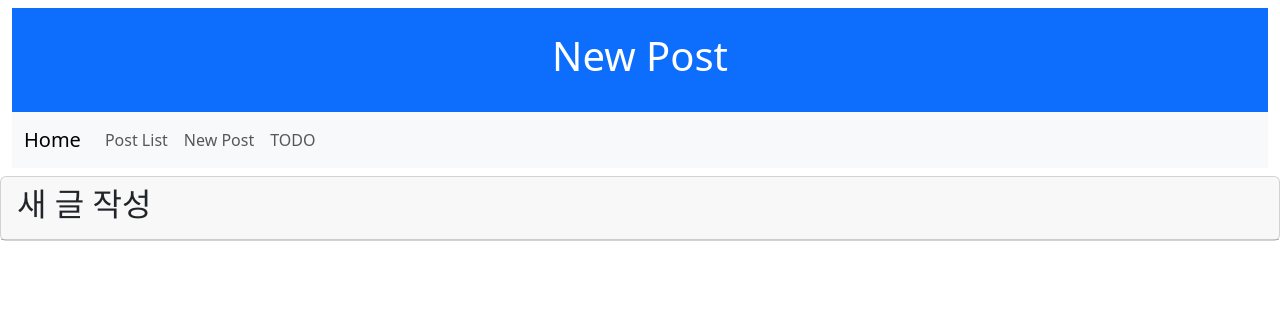
Repository: ldj0905/javaproject
Page: http://localhost/lab05_jsp/post/create
The author's editor kept a copy of each file at every save. The page is drawn from the files as they stood at one save, then again after a run of saves.
The browser window is 1280 px wide. The pictures show the whole page.
The page is served by Tomcat 10.

Above is the page before, as saved 2024-05-29 02:37:48.

After the next 2 saves:
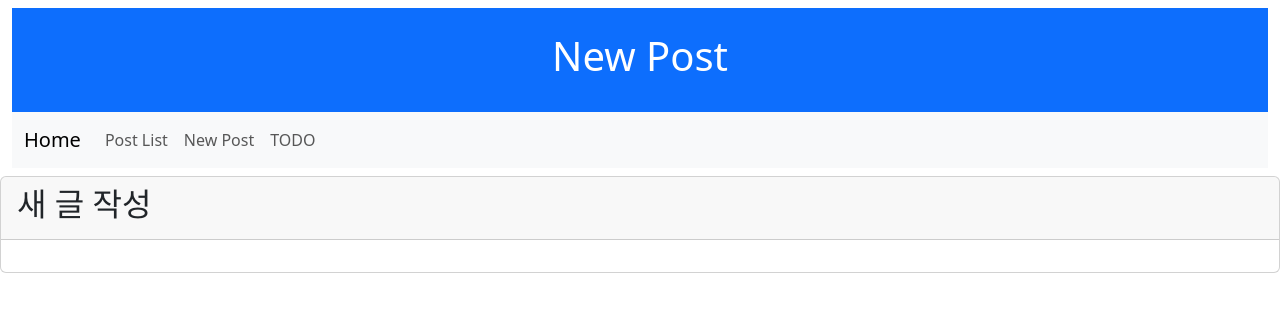
The 2 saves are shown as one change because they came seconds apart.
The last was saved 28 s later.
--- a/lab05_jsp/src/main/webapp/WEB-INF/views/post/create.jsp
+++ b/lab05_jsp/src/main/webapp/WEB-INF/views/post/create.jsp
@@ -22,6 +22,7 @@
             <div class = "card-header">
                 <h2>새 글 작성</h2>
             </div>
+            <div class="card-body"></div>
         </div>
     </main>
     <script src="https://cdn.jsdelivr.net/npm/bootstrap@5.3.3/dist/js/bootstrap.bundle.min.js"
